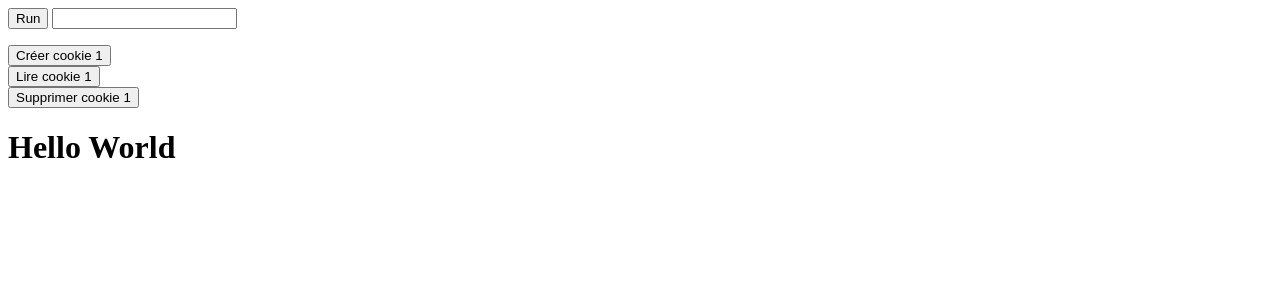
Repository: SarahG4000/workshop-cookies
Page: http://localhost/
These files come from the project's save history. The page is drawn as it stood at one moment and after the next save; the edit follows.
The browser window is 1280 px wide. The pictures show the whole page.
The page is run by PHP 8.4 with error messages shown; the project is at /var/www/html/.

Above is the page before, as saved 2020-09-02 11:00:22.

After the next save:
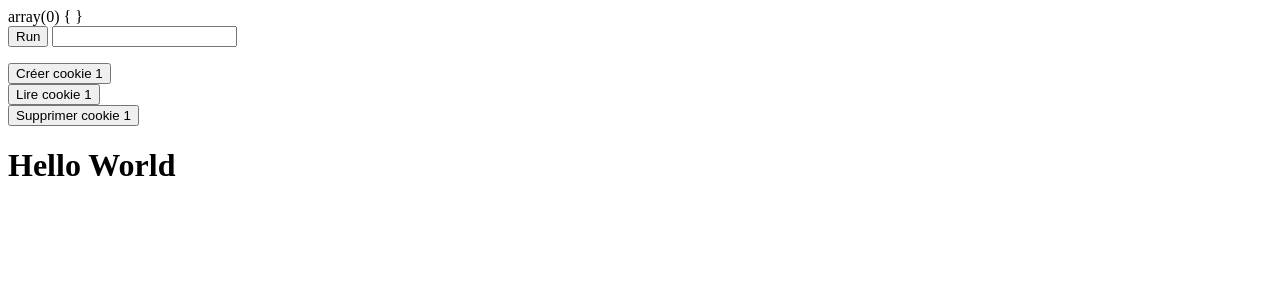
Saved 3 min 2 s later.
--- a/src/php/cookies.php
+++ b/src/php/cookies.php
@@ -1,7 +1,7 @@
 <?php
 
 setcookie('name', 'sarah', time() + 60 * 60 * 24);
-
+var_dump($_COOKIE);
 $hello = 'hello World';
 
 function HelloWorld()

After the 2 saves that followed:
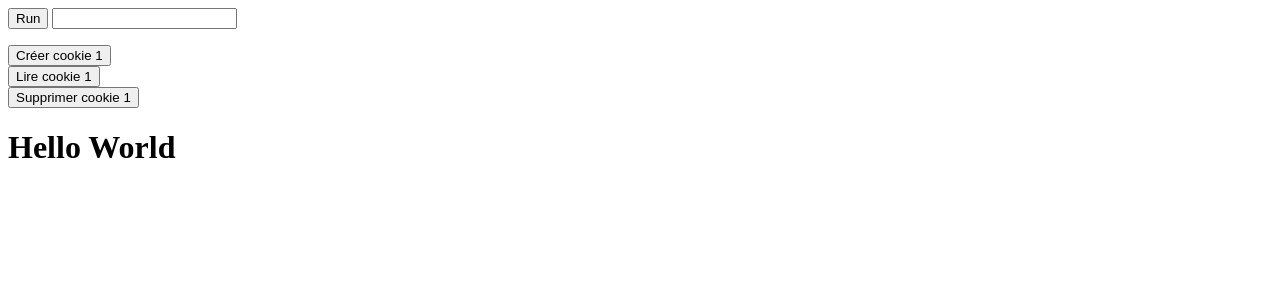
The 2 saves are shown as one change because 1 left the picture as it was.
The last was saved 4 min 46 s later.
--- a/src/php/cookies.php
+++ b/src/php/cookies.php
@@ -1,7 +1,8 @@
 <?php
 
-setcookie('name', 'sarah', time() + 60 * 60 * 24);
-var_dump($_COOKIE);
+// setcookie('name', 'sarah', time() + 60 * 60 * 24);
+// var_dump($_COOKIE);
+
 $hello = 'hello World';
 
 function HelloWorld()
@@ -9,3 +10,6 @@
     echo '<h1>Hello World</h1>';
 }
 ?>
+
+<from action="" mothod="post">
+</from>
